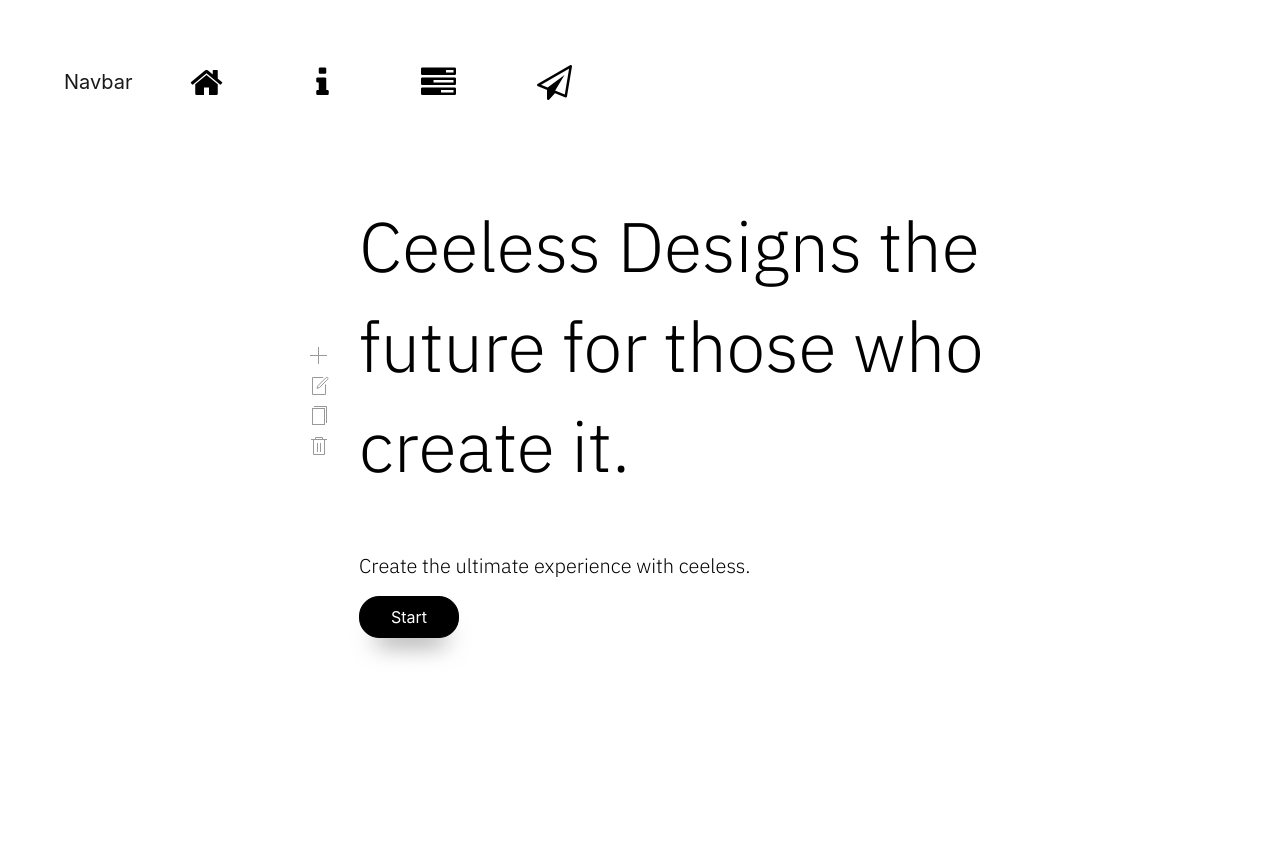
Repository: latenightsnacc/ceeless
Page: index.html
An editor plug-in stored every save of this project. The page is shown before and after the next save, followed by the edit.
The browser window is 1280 px wide. The pictures show the whole page.
Some web libraries are served in a nearby version. The style sheet was rebuilt from its Sass, Less or Tailwind sources for each picture, by a compiler version that may differ from the author's.

Above is the page before, as saved 2020-06-12 12:26:12.

### index.html
<!DOCTYPE html>
<html lang="en">
<head>
    <meta charset="UTF-8">
    <meta name="viewport" content="width=device-width, initial-scale=1.0">

    <!--Bootstrap-->
    <link rel="stylesheet" href="https://stackpath.bootstrapcdn.com/bootstrap/4.5.0/css/bootstrap.min.css" integrity="sha384-9aIt2nRpC12Uk9gS9baDl411NQApFmC26EwAOH8WgZl5MYYxFfc+NcPb1dKGj7Sk" crossorigin="anonymous">

    <!-- UIkit CSS -->
    <link rel="stylesheet" href="https://cdn.jsdelivr.net/npm/uikit@3.5.3/dist/css/uikit.min.css" />

    <!--Font Awesome Icons-->
    <link rel="stylesheet" href="https://maxcdn.bootstrapcdn.com/font-awesome/4.4.0/css/font-awesome.min.css">

    <!--Custom Stylesheet-->
    <link rel="stylesheet" href="Styles/stylesheet.css">

    <!--Page Title-->
    <title>Ceeless | Licorne Technologies</title>
</head>
<body>
    <main class="wrapper ml-5 mr-5">
        <!--NavBar-->
        <nav class="navbar navbar-expand-lg navbar-light bg-transparent mt-3">
            <!--Logo-->
            <a class="navbar-brand" href="#">Navbar</a>
            <!--Mobile NavBar Icon-->
            <div class="navbar-toggler" type="button" data-toggle="collapse" data-target="#navbarTogglerDemo03" aria-controls="navbarTogglerDemo03" aria-expanded="false" aria-label="Toggle navigation">
                <div class="nav-icon">
                    <span class="long-bar-one"></span>
                    <span class="short-bar-two"></span>
                    <span class="long-bar-three"></span>
                </div>
            </div>
            <div class="collapse navbar-collapse" id="navbarTogglerDemo03">
              <ul class="navbar-nav mt-2 mt-lg-0">
                <li class="nav-item active">
                  <a class="nav-link" role="button" href="#"><span class="menu-text" id="homeText">Home</span><i class="fa fa-home" id="homeIcon"></i></a>
                </li>
                <li class="nav-item">
                  <a class="nav-link" href="#"><span class="menu-text" id="aboutText">About</span><i class="fa fa-info" id="aboutIcon"></i></a>
                </li>
                <li class="nav-item">
                  <a class="nav-link" href="#"><span class="menu-text" id="abtText">Portfolio</span><i class="fa fa-tasks" aria-hidden="true" id="portfolioIcon"></i></a>
                </li>
                <li class="nav-item">
                    <a class="nav-link" href="#"><span class="menu-text" id="abtText">Contact</span><i class="fa fa-send-o" id="contactIcon"></i></a>
                  </li>
              </ul>
            </div>
        </nav>
        <!--End of NavBar-->

        <!--Header wrapper-->
        <section class="header-wrapper container-fluid">
            <div class="row pt-5">
                <!--Social Icons-->
                <div class="col-3">
                    <ul class="uk-iconnav uk-iconnav-vertical uk-align-right@s align-middle	">
                        <li><a href="#" uk-icon="icon: plus"></a></li>
                        <li><a href="#" uk-icon="icon: file-edit"></a></li>
                        <li><a href="#" uk-icon="icon: copy"></a></li>
                        <li><a href="#" uk-icon="icon: trash"></a></li>
                    </ul>
                </div>
                <!--Header Message-->
                <div class="col-9 header-text">
                    <div class="card w-75">
                        <h1>Ceeless Designs the future for those who create it.</h1>
                        <h5>Create the ultimate experience with ceeless.</h5>
                        <a href="#" class="action-btn">Start</a>
                    </div>
                </div>
            </div>
        </section>
        <!--End of Header wrapper-->
    </main>

    <!-- JS, Popper.js, and jQuery -->
    <script src="https://code.jquery.com/jquery-3.5.1.slim.min.js" integrity="sha384-DfXdz2htPH0lsSSs5nCTpuj/zy4C+OGpamoFVy38MVBnE+IbbVYUew+OrCXaRkfj" crossorigin="anonymous"></script>
    <script src="https://cdn.jsdelivr.net/npm/popper.js@1.16.0/dist/umd/popper.min.js" integrity="sha384-Q6E9RHvbIyZFJoft+2mJbHaEWldlvI9IOYy5n3zV9zzTtmI3UksdQRVvoxMfooAo" crossorigin="anonymous"></script>
    <script src="https://stackpath.bootstrapcdn.com/bootstrap/4.5.0/js/bootstrap.min.js" integrity="sha384-OgVRvuATP1z7JjHLkuOU7Xw704+h835Lr+6QL9UvYjZE3Ipu6Tp75j7Bh/kR0JKI" crossorigin="anonymous"></script>
    <!-- UIkit JS -->
    <script src="https://cdn.jsdelivr.net/npm/uikit@3.5.3/dist/js/uikit.min.js"></script>
    <script src="https://cdn.jsdelivr.net/npm/uikit@3.5.3/dist/js/uikit-icons.min.js"></script>
    <script src="Js/scripts.js"></script>
</body>
</html>

### Js/scripts.js
let menuHomeText = document.getElementById('homeText');
let menuHomeIcon = document.getElementById('homeIcon');

let menuAboutText = document.getElementById('aboutText');
let menuAboutIcon = document.getElementById('aboutIcon');


if(menuHomeIcon){
    menuHomeIcon.addEventListener('mouseover', event =>{


        menuHomeText.style.display = 'none';



    });
}

if(menuAboutIcon){
    menuAboutIcon.addEventListener('mouseover', event =>{

        menuAboutText.style.display = 'block';

        if(menuAboutText.style.display = 'block'){
            menuAboutText.style.display = 'none';
        }

    });
}

### Styles/stylesheet.scss
@import 'variables';
@import 'navbar';
@import 'header';

*{
    margin: 0;
    padding: 0;
    text-decoration: none;
    list-style: none;
}
body{
    background-color: white;
}

### Styles/_variables.scss
@import url('https://fonts.googleapis.com/css2?family=IBM+Plex+Sans:wght@300;700&display=swap');

$font: 'IBM Plex Sans', sans-serif;
$dark: black;
$light: white;
$box-shadow: 0 5px 15px rgba(0,0,0,0.08);
$btn-shadow: 2px 20px 25px -15px rgba(0, 0, 0, 0.54);

### Styles/navbar.scss
@import 'variables';

.navbar-toggler{
    border: none;
    .nav-icon{
        display: flex;
        flex-direction: column;
        .long-bar-one, .long-bar-three, .short-bar-two{
            border: 2px solid $dark;
            margin-bottom: 5px;
        }
        .long-bar-one, .long-bar-three{
            width: 33px;
        }
        .short-bar-two{
            width: 20px;
        }

        &:hover{
            .long-bar-one, .long-bar-three{
                width: 20px;
                transition: width 300ms ease-in-out 0s;

            }
            .short-bar-two{
                width: 33px;

            }
        }
    }
}
.nav-item {
    a.nav-link{
        display: flex;
        align-items: center;
        &:hover {
            margin-right: 10px;
        }


        .menu-text,.fa{
            flex: 1;
        }

    }
    .menu-text {
        color: $dark;
        font-weight: 500;
        font-family: $font;
        display: none;
    }

    .fa{
        display: flex;
        justify-content: center !important;
        align-items: center;
        color: $dark;
        font-size: 35px;
        background-color: $light;
        height: 100px;
        width: 100px;
        border-radius: 50%;



        &:hover{

            background-color: $dark;
            color: $light;


            .menu-text {
                display: block;
            }
        }
    }
}

### Styles/header.scss
@import 'variables';

.align-middle{
    display: flex;
    flex-direction: column;
    justify-content: center;
    height: 400px;
}
.header-wrapper{
    height: 100vh;
    .header-text{
        .card{
            border: none;
            display: flex;
            flex-direction: column;
            justify-content: center;

            h1, h5{
                font-family: $font;
                color: $dark;
            }

            h1{
                font-size: 70px;
                line-height: 100px;
            }
            h5{
                font-size: 20px;
                line-height: 20px;
                font-weight: 300;
            }

        }
    }
}
a.action-btn {
    border: 1px solid $dark;
    background-color: $dark;
    width: 100px;
    border-radius: 20px;
    padding: 10px;
    box-shadow: $btn-shadow;
    color: $light;
    text-align: center;
    line-height: 20px;
    &:hover{
        text-decoration: none;
    }

}

After the next save:
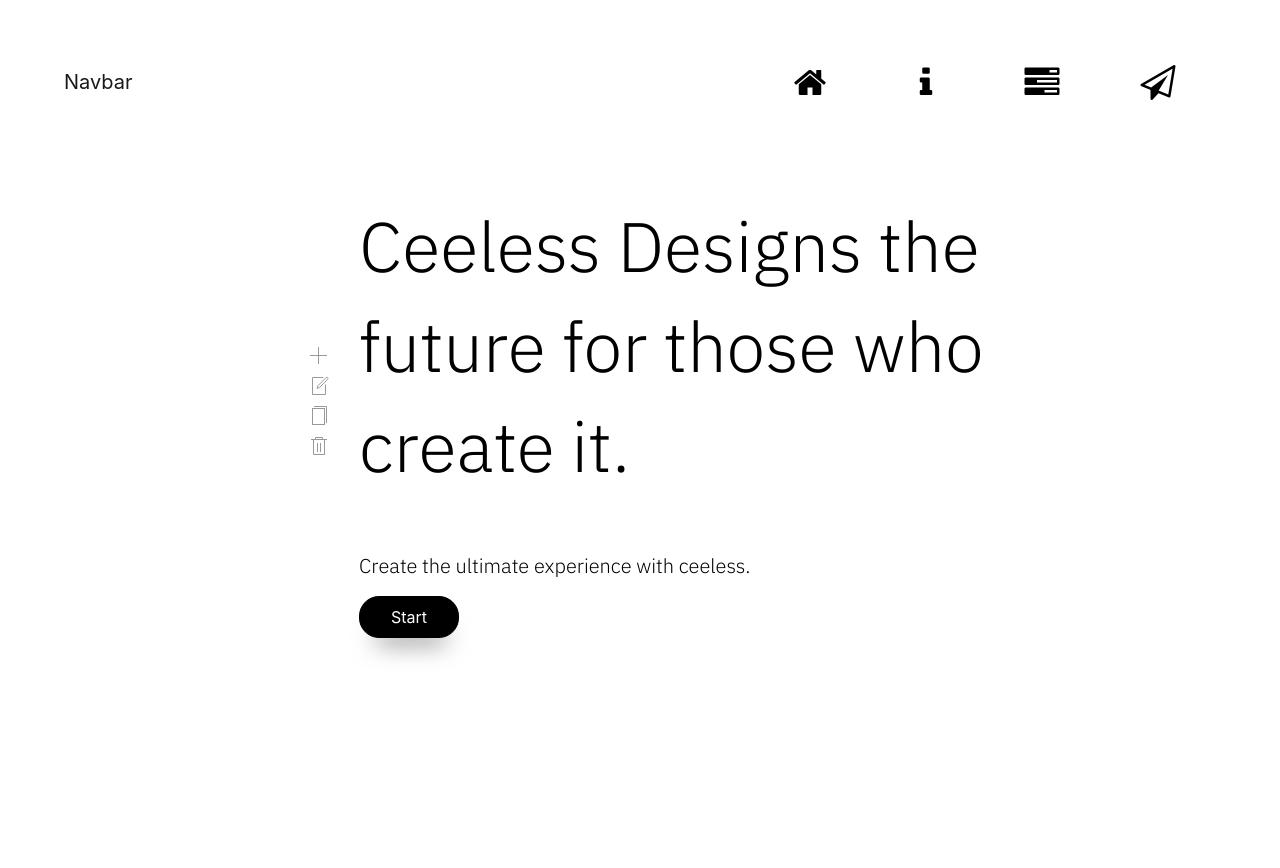
Saved 38 s later.
--- a/index.html
+++ b/index.html
@@ -34,7 +34,7 @@
                 </div>
             </div>
             <div class="collapse navbar-collapse" id="navbarTogglerDemo03">
-              <ul class="navbar-nav mt-2 mt-lg-0">
+              <ul class="navbar-nav ml-auto mt-2 mt-lg-0">
                 <li class="nav-item active">
                   <a class="nav-link" role="button" href="#"><span class="menu-text" id="homeText">Home</span><i class="fa fa-home" id="homeIcon"></i></a>
                 </li>
